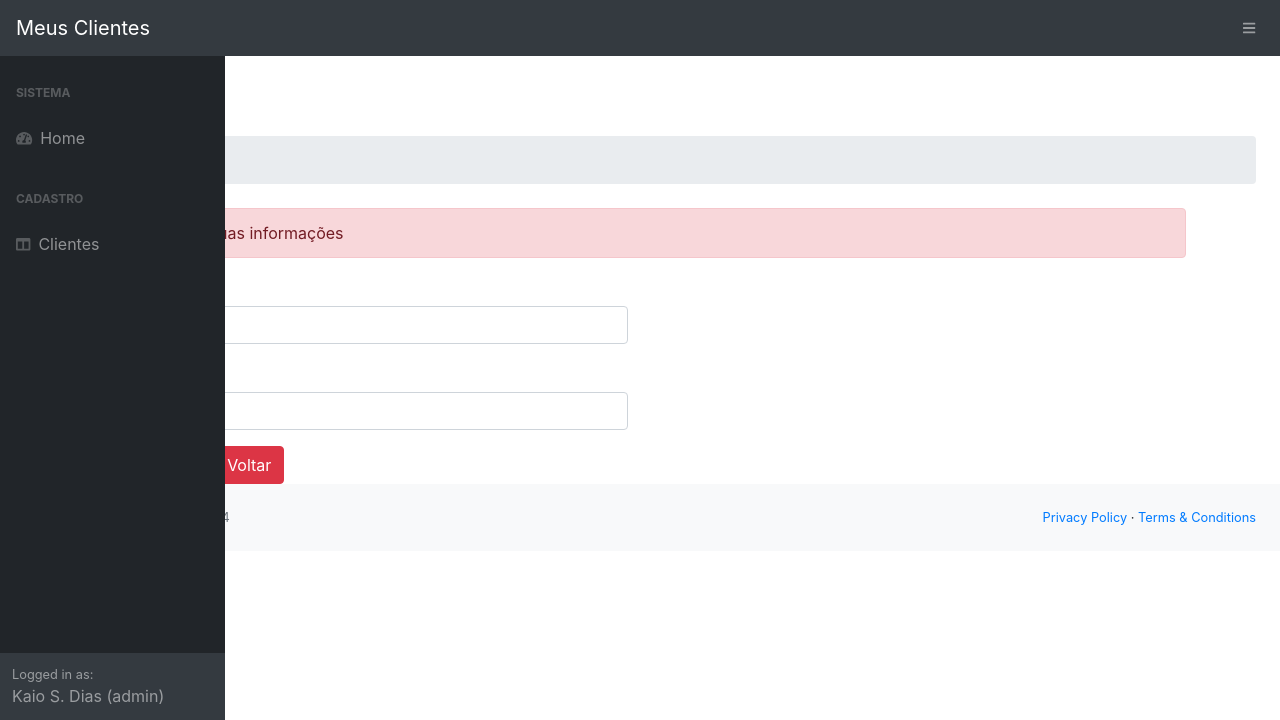
Repository: Kaio-Dias/Angular-Springboot
Page: /users-form (app in Frontend/clients-app/)
The author's editor kept a copy of each file at every save. The page is drawn from the files as they stood at one save, then again after the next save.
The browser window is 1280 px wide. The pictures show the whole page.
The page's requests for data from a server got no answer. Some web libraries are served in a nearby version. The project was rebuilt for these pictures with package versions that can differ from the ones it lists, and the page was loaded fresh each time. No one was signed in, and anything a server would have sent is missing. Also part of the build but not shown: Frontend/clients-app/angular.json, Frontend/clients-app/src/app/home/home.component.ts, Frontend/clients-app/src/app/users/users-list/users-list.component.ts.

Above is the page before, as saved 2024-07-12 16:07:10.

After the next save:
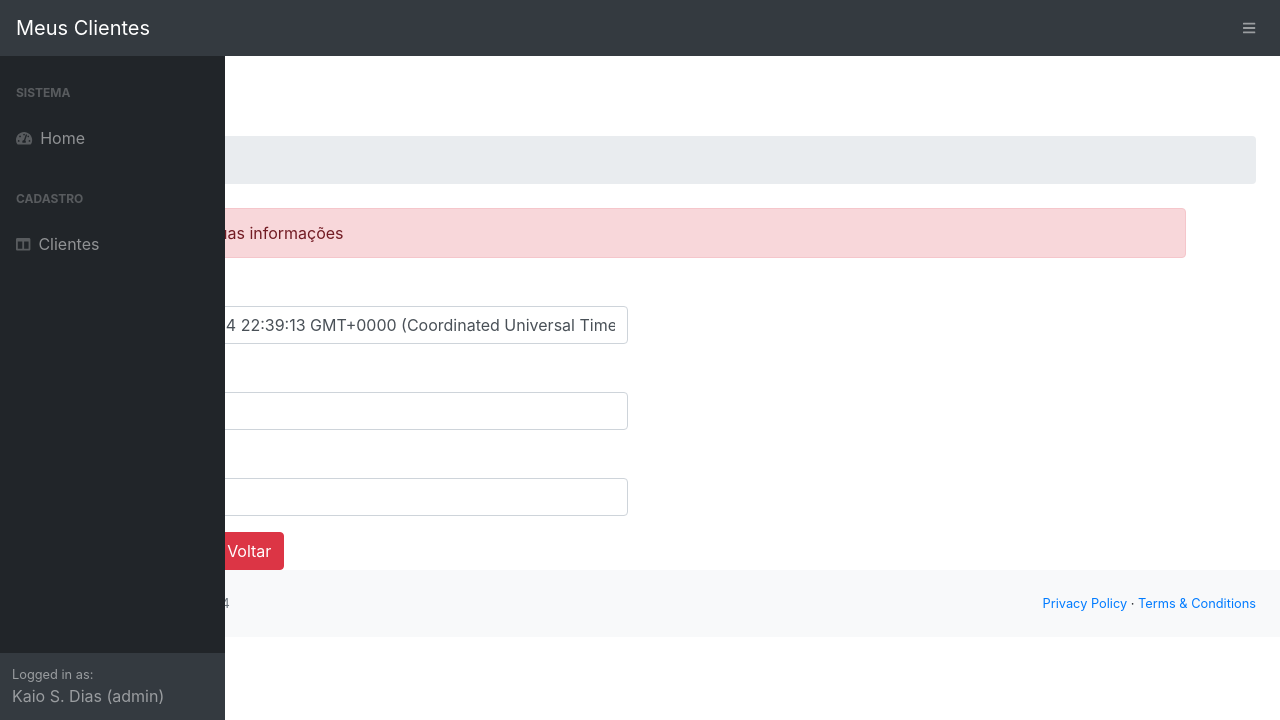
Saved 54 s later.
--- a/Frontend/clients-app/src/app/users/UserModel.ts
+++ b/Frontend/clients-app/src/app/users/UserModel.ts
@@ -4,12 +4,12 @@ export class UserModel {
     id: number;
     username: string;
     cpf: string;
-    registered_date: string;
+    registered_date: Date;
 
-    constructor(id: number = 0, username: string = "", cpf: string = "", registered_date: string = "") {
+    constructor(id: number = 0, username: string = "", cpf: string = "", registered_date: Date= new Date()) {
       this.id = id;
       this.username = username;
       this.cpf = cpf;
-      this.registered_date = registered_date ? format(new Date(registered_date), 'yyyy/MM/dd'): "";
+      this.registered_date = registered_date;
   }
 }
